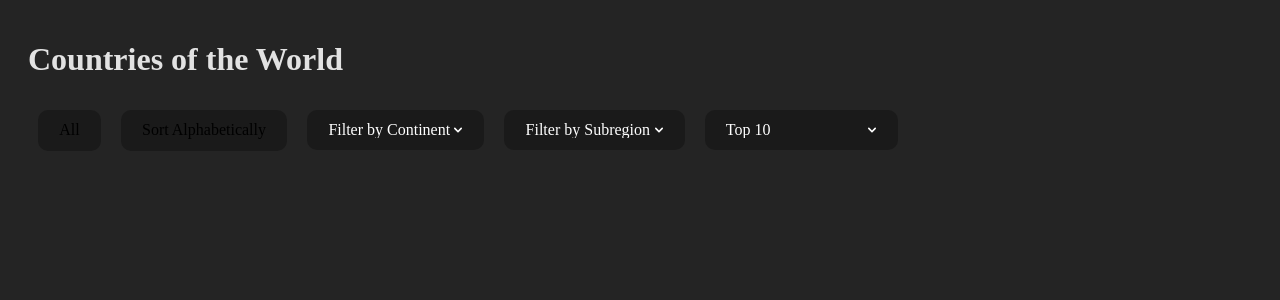
Repository: SandyLy453/comp-lab10
Page: /
These files come from the project's save history. The page is drawn as it stood at one moment and after the next save; the edit follows.
The browser window is 1280 px wide. The pictures show the whole page.
The page's requests for data from a server got no answer. The project was rebuilt for these pictures with package versions that can differ from the ones it lists, and the page was loaded fresh each time. No one was signed in, and anything a server would have sent is missing. Also part of the build but not shown: vite.config.js, src/components/Contry.jsx.

Above is the page before, as saved 2024-11-14 23:31:31.

After the next save:
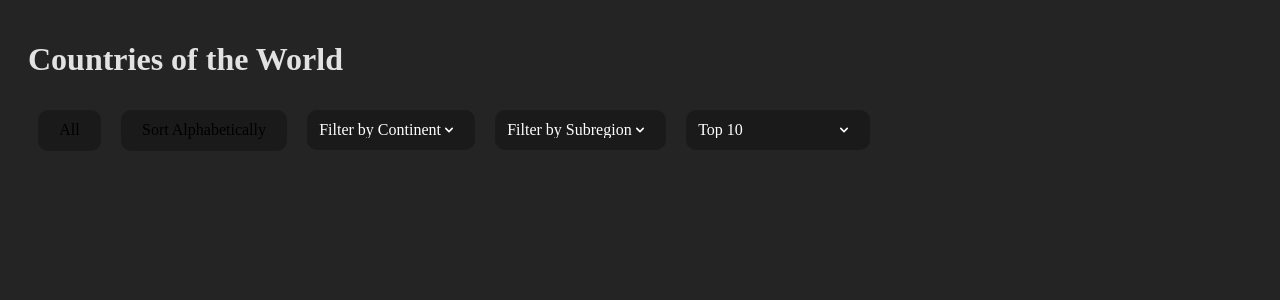
Saved 118 s later.
--- a/src/index.css
+++ b/src/index.css
@@ -64,13 +64,7 @@
   background-position: right 1em center;
   background-size: 1em;
   padding-right: 2em;
-}
-
-select option {
-  font-size: 16px;
-  font-weight: 400;
-  color: aliceblue;
-  padding: 10px;
+  padding-left: 10px;
 }
 
 /* card styling */

After the save that followed:
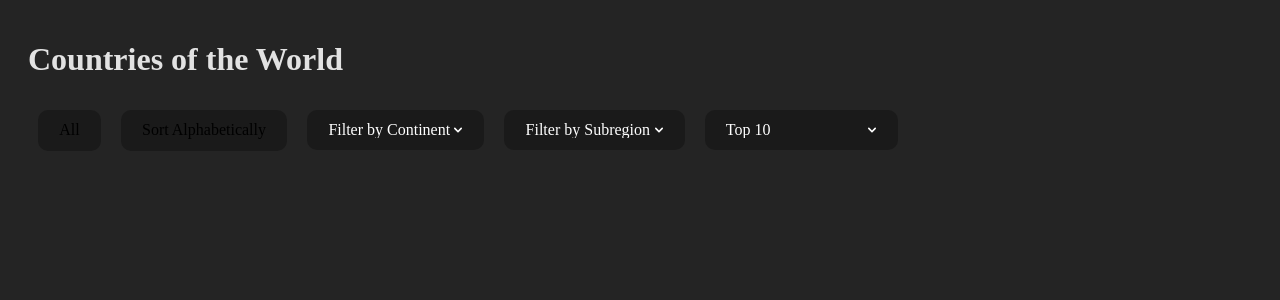
Saved 13 s later.
--- a/src/index.css
+++ b/src/index.css
@@ -64,7 +64,7 @@
   background-position: right 1em center;
   background-size: 1em;
   padding-right: 2em;
-  padding-left: 10px;
+  margin-left: 10px;
 }
 
 /* card styling */
